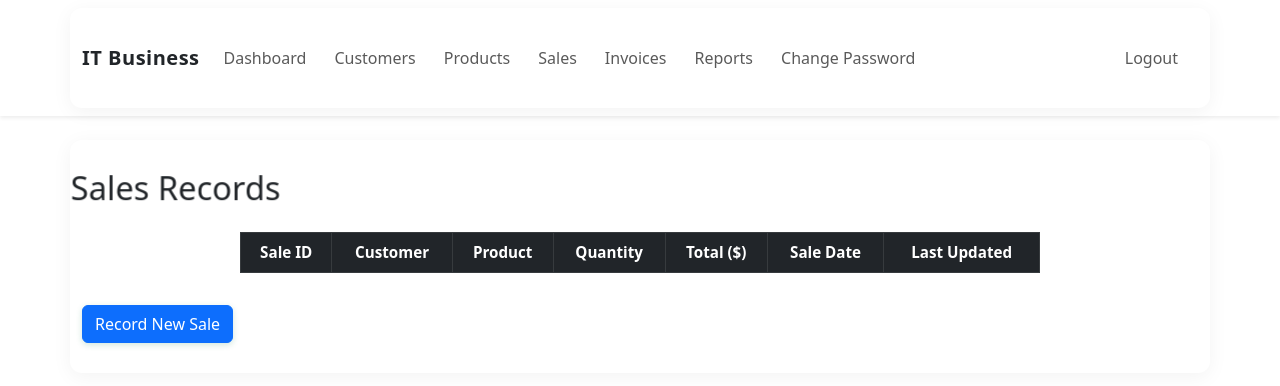
Repository: asmsaifulislam/it_business
Page: http://localhost/sales
These files come from the project's save history. The page is drawn as it stood at one moment and after a run of saves; the edit follows.
The browser window is 1280 px wide. The pictures show the whole page.
The page is served by the project's application, run on Flask 3 (app.py). The session is filled in as if someone had signed in: {"user_id": 1}. Queries for data that is not in the repository find no rows.

Above is the page before, as saved 2025-09-06 21:34:46.

After the next 2 saves:
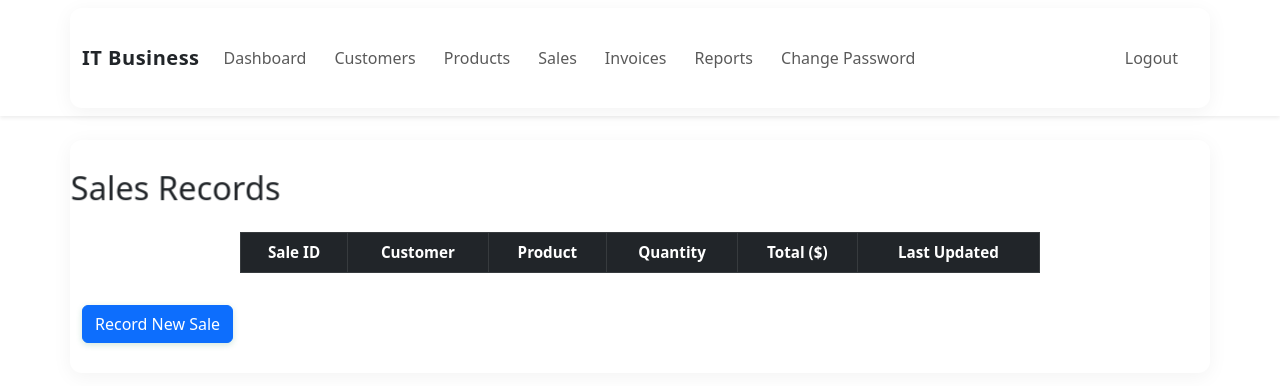
The 2 saves are shown as one change because they came seconds apart.
The last was saved 3 min 3 s later.
--- a/templates/sales.html
+++ b/templates/sales.html
@@ -11,7 +11,6 @@
             <th>Product</th>
             <th>Quantity</th>
             <th>Total ($)</th>
-            <th>Sale Date</th>
             <th>Last Updated</th>
         </tr>
     </thead>
@@ -23,7 +22,6 @@
             <td>{{ sale.product.name }}</td>
             <td>{{ sale.quantity }}</td>
             <td>${{ "%.2f"|format(sale.total) }}</td>
-            <td>{{ sale.sale_date.strftime('%Y-%m-%d') if sale.sale_date else 'N/A' }}</td>
             <td>{{ sale.updated_at.strftime('%Y-%m-%d %H:%M') if sale.updated_at else 'N/A' }}</td>
         </tr>
         {% endfor %}
